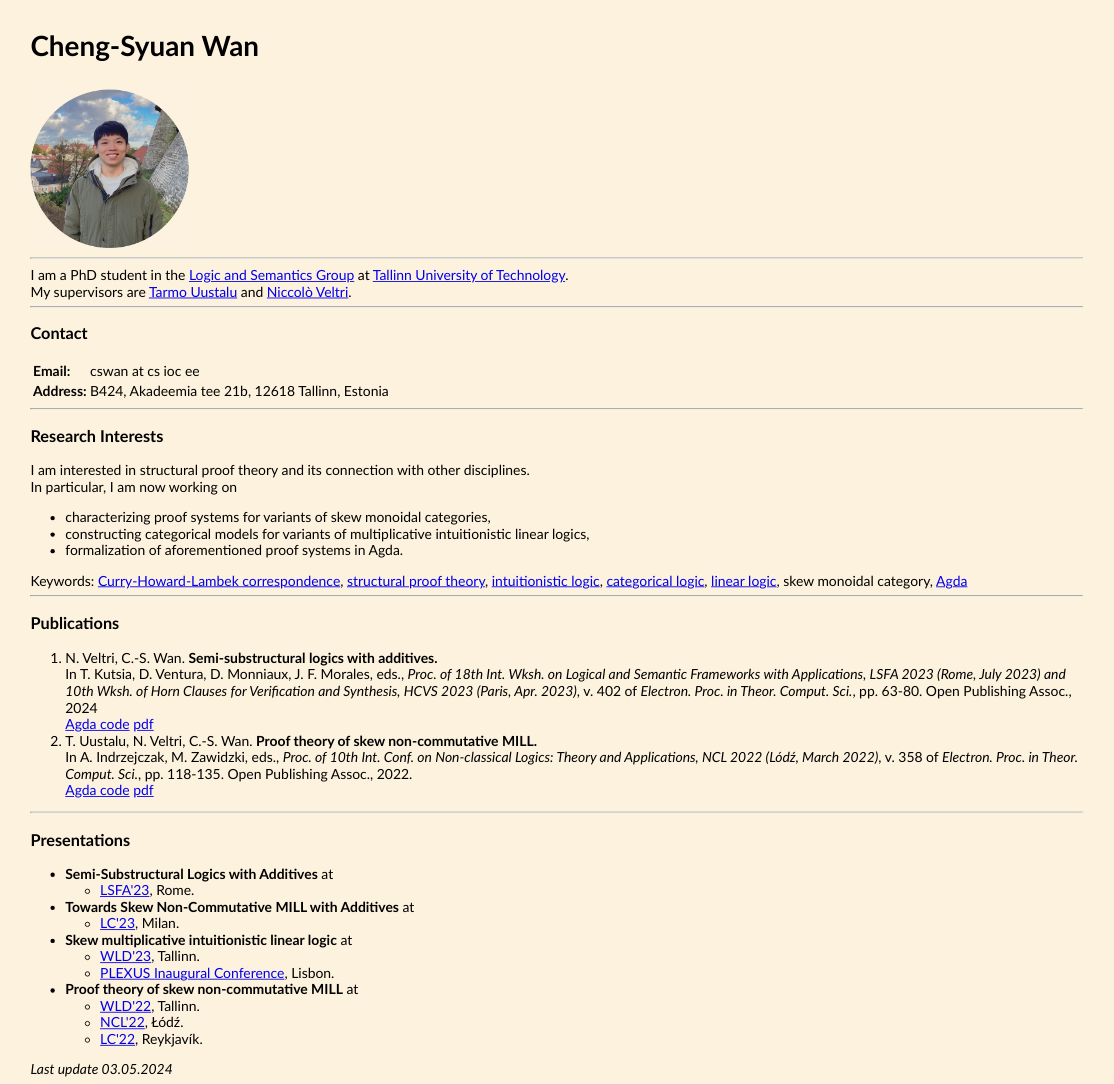
Repository: cswphilo/cswphilo.github.io
Page: index.html
The author's editor kept a copy of each file at every save. The page is drawn from the files as they stood at one save, then again after the next save.
The browser window is 1280 px wide. The pictures show the whole page, at 87% of full size.

Above is the page before, as saved 2024-05-03 09:19:11.

After the next save:
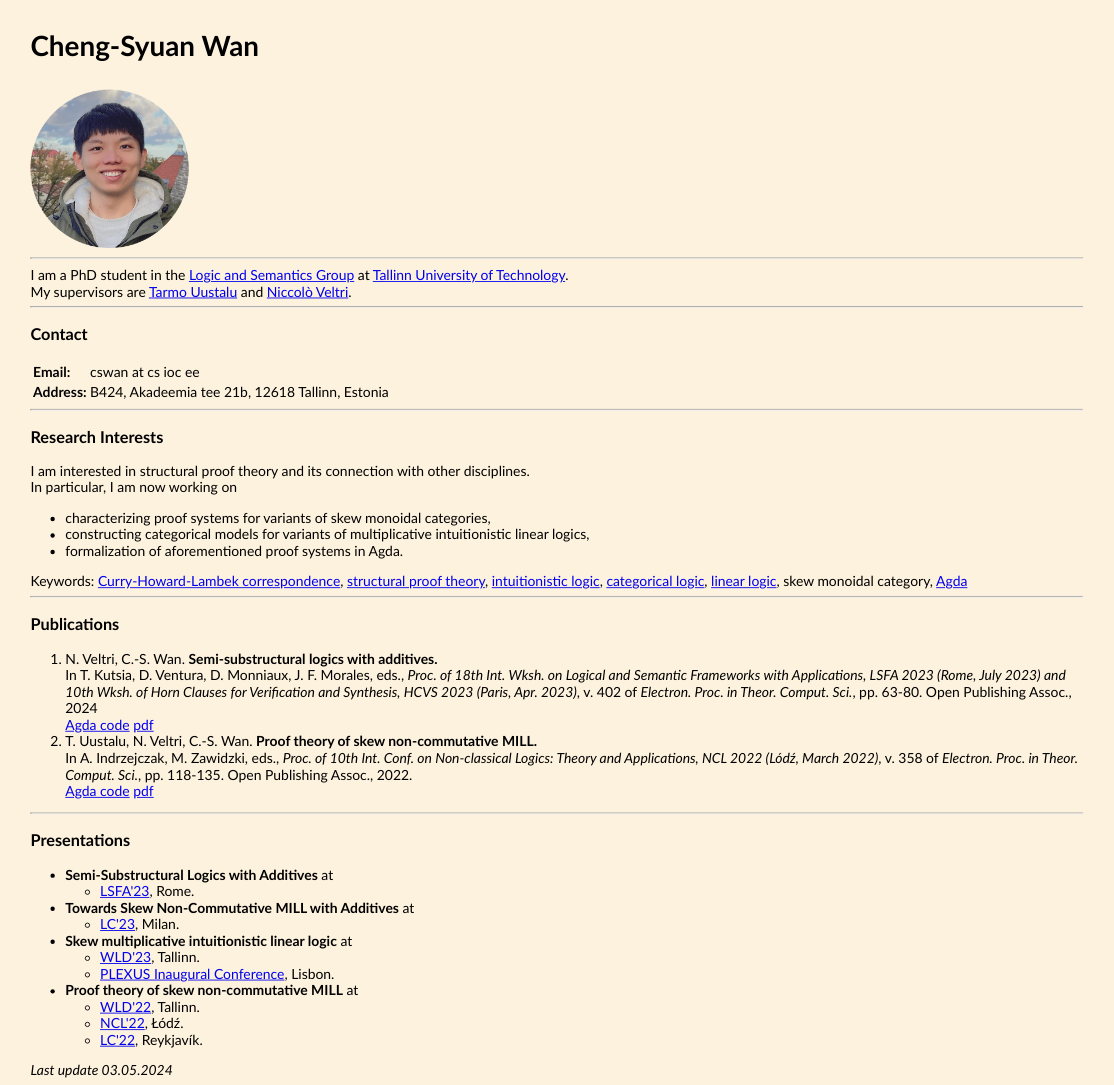
Saved 4 min 17 s later.
--- a/index.html
+++ b/index.html
@@ -20,7 +20,7 @@
 </head>
 <body>
     <div><h1><p>Cheng-Syuan Wan</p></h1>
-        <img src="avatar2.png" style="width:15%;height:15%;">
+        <img src="avatar3.png" style="width:15%;height:15%;">
     </div>
     <hr/>
     <div>
